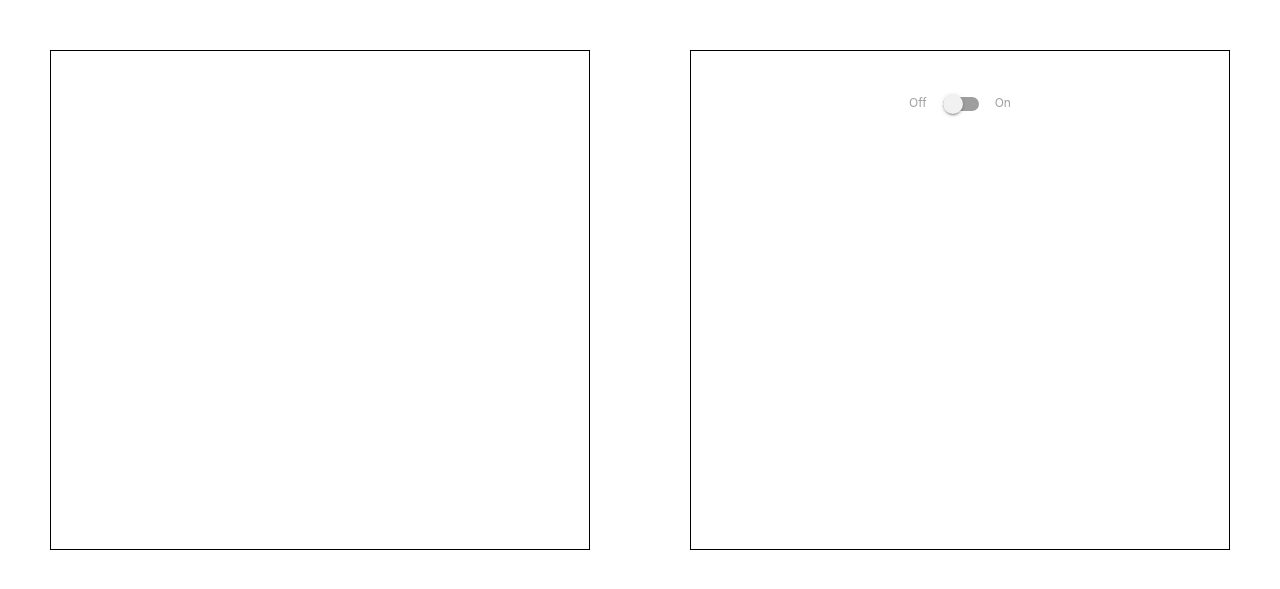
Repository: imrvj/Dark-Light-Mode
Page: /
An editor plug-in stored every save of this project. The page is shown before and after the next save, followed by the edit.
The browser window is 1280 px wide. The pictures show the whole page.
The project was rebuilt for these pictures with package versions that can differ from the ones it lists, and the page was loaded fresh each time.

Above is the page before, as saved 2020-02-20 12:28:42.

After the next save:
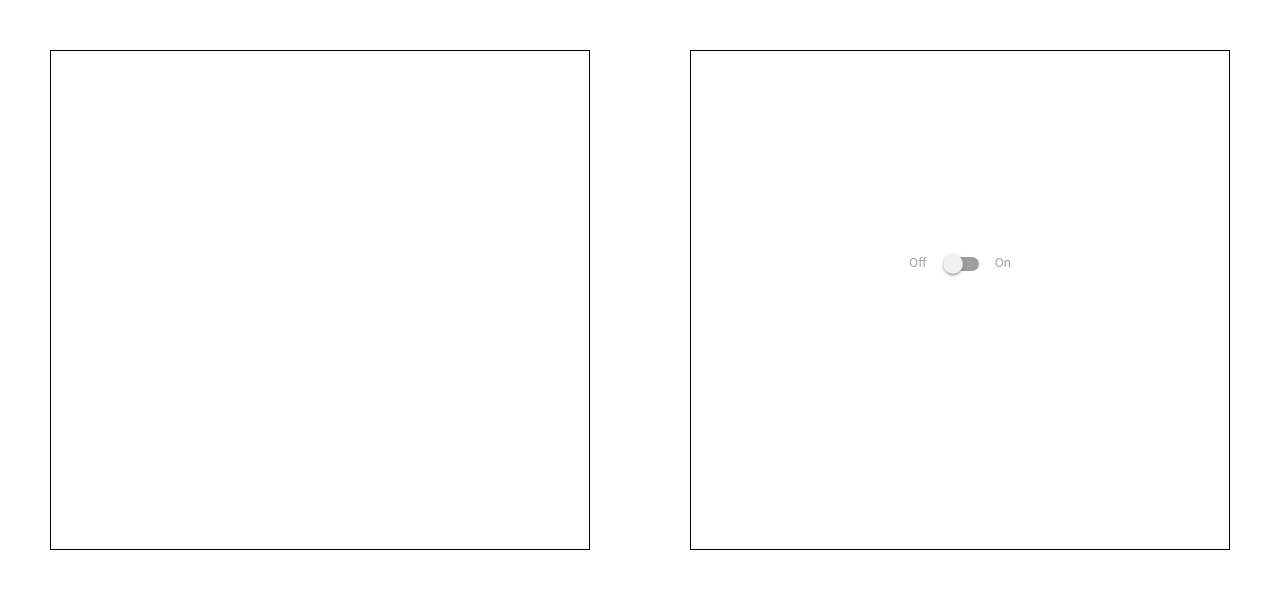
Saved 4 s later.
--- a/src/App.css
+++ b/src/App.css
@@ -15,7 +15,7 @@
   height: 500px;
   border: solid 1px black;
   align-items: center;
-  padding-top:40px ;
+  padding-top:200px ;
 
   margin: 50px;
 }
